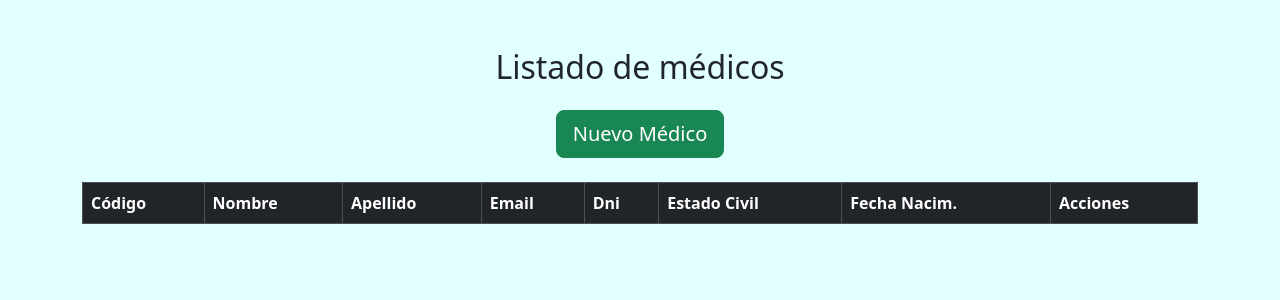
Repository: FernandoSanzPacheco/LPII_T3_SANZPACHECOFERNANDO
Page: http://localhost/Vistas/ListadoMedicos
The author's editor kept a copy of each file at every save. The page is drawn from the files as they stood at one save, then again after the next save.
The browser window is 1280 px wide. The pictures show the whole page.
The page is this project's Thymeleaf template; nobody is signed in. The template is opened directly, without the code that normally fills it, so the values that code supplies are empty.

Above is the page before, as saved 2025-02-20 03:59:02.

After the next save:
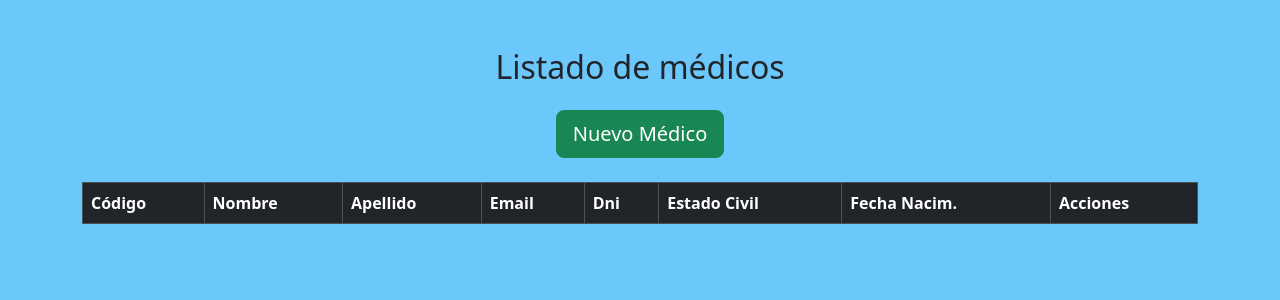
Saved 3 min 3 s later.
--- a/LPII_T3_SANZPACHECOFERNANDO/src/main/resources/templates/Vistas/ListadoMedicos.html
+++ b/LPII_T3_SANZPACHECOFERNANDO/src/main/resources/templates/Vistas/ListadoMedicos.html
@@ -11,7 +11,7 @@
 
     <style>
         body {
-            background-color: #e0fffe ;
+            background-color: #6cc7fb ;
         }
     </style>
 </head>
